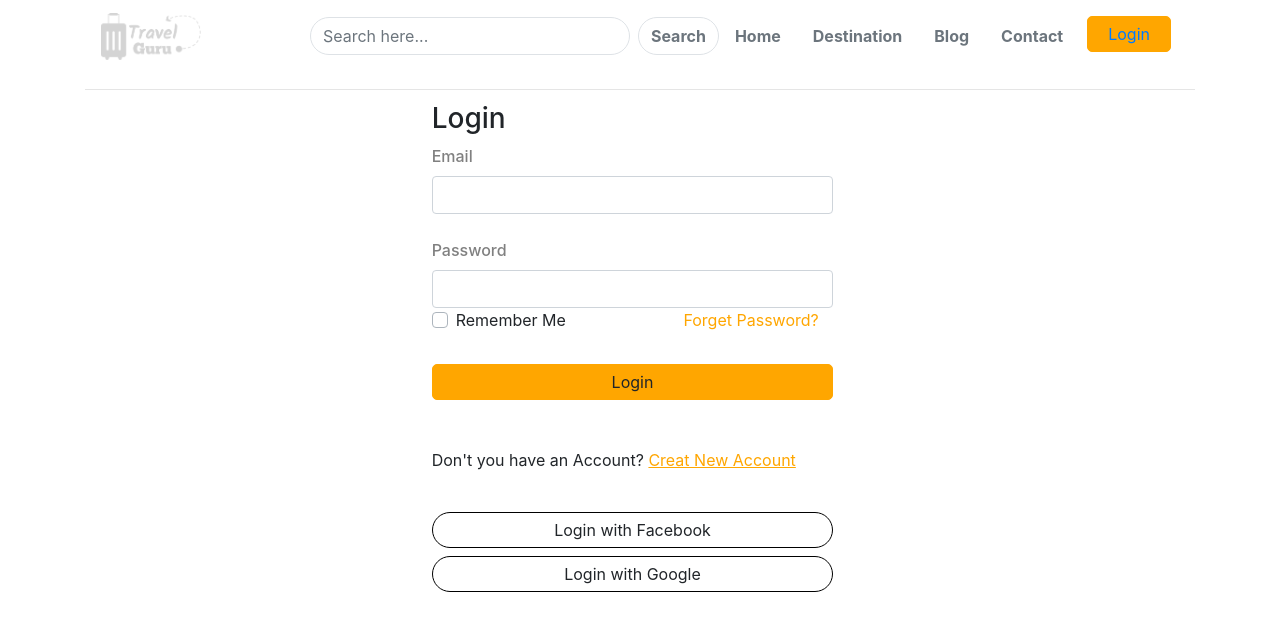
Repository: YunProgrammer/travel-website-project-tho
Page: /login (app in client/)
The author's editor kept a copy of each file at every save. The page is drawn from the files as they stood at one save, then again after the next save.
The browser window is 1280 px wide. The pictures show the whole page.
The project was rebuilt for these pictures with package versions that can differ from the ones it lists, and the page was loaded fresh each time. A package was used in the major version that the imports need, not the one package.json lists. Also part of the build but not shown: client/src/App.css, client/src/Components/HomePage/data.js, client/src/Components/HomePage/HomePage.js, client/src/Components/BookingPage/BookingPage.js, client/src/Components/PrivateRoute/PrivateRoute.js, client/src/Components/SearchPage/searchData.js, client/src/Components/SearchPage/SearchShower.js, client/src/Components/SearchPage/SearchPage.js and 2 more.

Above is the page before, as saved 2020-09-19 22:07:31.

### client/src/index.js
// import React from 'react';
// import ReactDOM from 'react-dom';
// import './index.css';
// import App from './App';
// import * as serviceWorker from './serviceWorker';
// import './index.css';
// import { BrowserRouter } from 'react-router-dom';
// ReactDOM.render(
//   <React.StrictMode>
//     <BrowserRouter>
//     <App />
//     </BrowserRouter>
//   </React.StrictMode>,
//   document.getElementById('root')
// );

// If you want your app to work offline and load faster, you can change
// unregister() to register() below. Note this comes with some pitfalls.
// Learn more about service workers: https://bit.ly/CRA-PWA
// serviceWorker.unregister();
import React from 'react';
import ReactDOM from 'react-dom/client';
import './index.css';
import App from './App';
import { BrowserRouter } from 'react-router-dom';
import { AuthProvider } from './Components/authProvider';
const root = ReactDOM.createRoot(document.getElementById('root'));
root.render(
  <React.StrictMode>
    <BrowserRouter>
    <AuthProvider>
        <App />
    </AuthProvider>
    </BrowserRouter>

  </React.StrictMode>
);

### client/src/index.css
@import url('https://fonts.googleapis.com/css2?family=Open+Sans:wght@400;500;600;700&display=swap');


body {
  margin: 0;
  font-family: -apple-system, BlinkMacSystemFont, 'Segoe UI', 'Roboto', 'Oxygen',
    'Ubuntu', 'Cantarell', 'Fira Sans', 'Droid Sans', 'Helvetica Neue',
    sans-serif;
  -webkit-font-smoothing: antialiased;
  -moz-osx-font-smoothing: grayscale;
}

code {
  font-family: source-code-pro, Menlo, Monaco, Consolas, 'Courier New',
    monospace;
}
@tailwind base;
@tailwind components;
@tailwind utilities;

### client/src/App.js
import React from 'react';
import { createContext, useState } from 'react';
import './App.css';
import {
  BrowserRouter as Router,
  Switch,
  Route
} from "react-router-dom";
import HomePage from './Components/HomePage/HomePage';
import BookingPage from './Components/BookingPage/BookingPage';
import NavBar from './Components/NavBar/NavBar';
import LogInPage from './Components/LogInPage/LogInPage';
import PrivateRoute from './Components/PrivateRoute/PrivateRoute';
import SearchPage from './Components/SearchPage/SearchPage';
import NotFoundPage from './Components/NotFoundPage/NotFoundPage';

export const userStatusContext = createContext();

function App() {
  const[userStatus, setUserStatus] = useState({
    isNewUser: false,
    pageName: "",
  });

  return (
    <userStatusContext.Provider value={[userStatus, setUserStatus]}>
    <Router>
      <NavBar />
      <Switch>
        <Route exact path="/" component={HomePage} />
        <Route exact path="/booking/:category" component={BookingPage} />
        <Route exact path="/login" component={LogInPage} />
        <PrivateRoute exact path="/searches">
          <SearchPage />
        </PrivateRoute>
        <Route exact path="*" component={NotFoundPage}/>
      </Switch>
    </Router>
    </userStatusContext.Provider>
  );
}

export default App;

### client/src/Components/authProvider/index.js
import { createContext, useState } from "react";

const AuthContext = createContext({});

export const AuthProvider = ({ children }) => {
    const [auth, setAuth] = useState({});

    return (
        <AuthContext.Provider value={{ auth, setAuth }}>
            {children}
        </AuthContext.Provider>
    )
}

export default AuthContext;

### client/src/Components/NavBar/NavBar.js
import React, { useContext } from 'react';
import logo from '../../images/Logo.png';
import '../HomePage/HomePage.css';
import { Link } from "react-router-dom";
import * as firebase from "firebase/app";
import { Form, FormControl, Nav, Navbar, Container, Button} from 'react-bootstrap';
import { userStatusContext } from '../../App';

const NavBar = () => {
    const[userStatus, setUserStatus] = useContext(userStatusContext);

    //signOut operation starts from here
    const signOut = () => {
        firebase
        .auth()
        .signOut()
        .then(function() {
            // Sign-out successful.
        })
        .catch(function(error) {
        // An error happened.
        });

        //deleting authorized property
        const updateUserStatus = {...userStatus};
        delete updateUserStatus.authorized;
        setUserStatus(updateUserStatus);
    }
    //signOut operation ends from here.....

    const NavLinksClassVersion = "ml-sm-2 ml-3 mr-sm-2 mr-3 navLinks font-weight-bold text-secondary";

    return (
        <div>
            <Container className="fixed-top">
            <Navbar className="myNavStyle">
            <Navbar.Brand><Link to="/"><img src={logo} alt="" className="logo"/></Link></Navbar.Brand>
            <Navbar.Toggle aria-controls="basic-navbar-nav" />
            <Navbar.Collapse id="basic-navbar-nav">
                <Form inline className="ml-sm-2 ml-md-auto">
                <FormControl variant="outline-secondary" type="text" placeholder="Search here..." className="mr-sm-2 border rounded-pill mySearchStyle"/>
                <Button variant="outline-secondary" className="border rounded-pill font-weight-bold">Search</Button>
                </Form>
                <Nav>
                <Nav.Link> <Link to="/" className={NavLinksClassVersion}>Home</Link> </Nav.Link>
                <Nav.Link href="#" className={NavLinksClassVersion}>Destination</Nav.Link>
                <Nav.Link href="#" className={NavLinksClassVersion}>Blog</Nav.Link>
                <Nav.Link href="#" className={NavLinksClassVersion}>Contact</Nav.Link>
                {
                    userStatus.authorized
                    ?   <button className="ml-sm-2 ml-3 mr-sm-2 mr-3 myBtn" onClick={signOut}>Logout</button>
                    :   <Link to="/login"><button className="ml-sm-2 ml-3 mr-sm-2 mr-3 myBtn">Login</button></Link>
                }
                </Nav>
            </Navbar.Collapse>
            </Navbar>
            <hr/>
            </Container>
        </div>
    );
};

export default NavBar;

### client/src/Components/LogInPage/LogInPage.js
import React, { useContext, useState } from 'react';
import '../HomePage/HomePage.css';
import { Link, useHistory, useLocation } from "react-router-dom";
import { Form, Row, Col, Alert } from 'react-bootstrap';
import * as firebase from "firebase/app";
import "firebase/auth";
import firebaseConfig from '../../firebase.config';
import { userStatusContext } from '../../App';


//styling portion is here
const LogInPageStyle = {
    LogInPageStyle:{
        paddingTop: '8%',
        paddingBottom: '2%',
    },
    inputText:{
        color: 'grey',
        fontWeight: '500',
    },
    optionalBtn:{
        width: '100%',
        border:'1px solid black',
        borderRadius: '25px',
        padding: '5px 0px',
    },
    link:{
        color: 'rgb(255, 166, 0)',
        cursor: 'pointer',
        textDecoration: 'underline',
    }

}
//Styling portion ends here


//firebase initialization
firebase.initializeApp(firebaseConfig);


const LogInPage = () => {

    const[userStatus, setUserStatus] = useContext(userStatusContext); //Calling Context api
    console.log(userStatus);
    const[authCondition, setAuthCondition] = useState({});

    //things for private routing
    const history = useHistory();
    const location = useLocation();
    const { from } = location.state || { from: { pathname: "/" } };
    //things for private routing ends here.....
    // & the rest thing is below.....

    const updatingAuthCondition = (boolean, message) =>{
        const authStatus = {
            authSuccess: boolean,
            authMessage: message,
        }
        setAuthCondition(authStatus);
    }

    //showing alert if password didn't match while creating a new account
    const [show, setShow] = useState(false);
    const myAlert =
        <Alert variant="danger" onClose={() => setShow(false)} dismissible>
        <Alert.Heading>Your Password didn't match</Alert.Heading>
        <p>Make sure that you type the same password in the 'confirmPassword' box which you gave in the 'password' box. </p>
    </Alert>;
    //showing alert ends here.....

    //Google LogIn starts here
    const loginWithGoogle = () =>{
        const provider = new firebase.auth.GoogleAuthProvider(); //declaring Google Provider
        const updateUserStatus = {...userStatus};
        firebase
        .auth()
        .signInWithPopup(provider)
        .then(function(result) {
            var user = result.user;
            //updating userStatus
            updateUserStatus.email= user.email;
            updateUserStatus.authorized= user.email;
            updatingAuthCondition(true, "You've signed in successfully");
            history.replace(from);
          })
        .catch(function(error) {
            var errorMessage = error.message;
            updatingAuthCondition(false, errorMessage);
        });
        setUserStatus(updateUserStatus);
    }
    //Google LogIn ends here.....


    //Facebook LogIn starts here
    const loginWithFacebook = () =>{
        const fbProvider = new firebase.auth.FacebookAuthProvider(); //declaring Facebook Provider
        const updateUserStatus = {...userStatus};
        firebase
        .auth()
        .signInWithPopup(fbProvider)
        .then(function(result) {
            const user = result.user;
            //updating userStatus
            updateUserStatus.email= user.email;
            updateUserStatus.authorized= user.displayName;
            updatingAuthCondition(true, "You've signed in successfully");
            history.replace(from);
        })
        .catch(function(error) {
            const errorMessage = error.message;
            updatingAuthCondition(false, errorMessage);
        });
        setUserStatus(updateUserStatus);
    }
    //Facebook LogIn ends here.....


    //"Declaring SignUp or SignIn option" starts here
    const signInOrSignUpDeclaration = (operationName) => {
        const updateUserStatus = {...userStatus};
        if (operationName === 'signIn') {
            updateUserStatus.isNewUser= false;
        }
        else if (operationName === 'signUp') {
            updateUserStatus.isNewUser= true;
        }
        setUserStatus(updateUserStatus);
    }
    //"Declaring SignUp or SignIn option" ends here.....


    //taking Inputs from inputFields and updating contextApi
    const takingFieldDataAndUpdatingContextAPI = e =>{
        const name = e.target.name;
        const value = e.target.value;
        let isInputFieldValid = true;

        //password and email validation
        if(name === 'email'){
            isInputFieldValid = /\S+@\S+\.\S+/.test(value);
            if (isInputFieldValid === true) {
                updatingAuthCondition(true, "  ");
            }else{
                updatingAuthCondition(false, "Invalid email");
            }
        }
        if(name === 'password'){
            isInputFieldValid = /^(?=.*\d)(?=.*[a-z])(?=.*[A-Z])[0-9a-zA-Z]{6,}$/.test(value);
            //checking at least 6 characters(one number, one uppercase & one lowercase)
            console.log(isInputFieldValid);
            if (isInputFieldValid === true) {
                updatingAuthCondition(true, "  ");
            }else{
                updatingAuthCondition(false, "Invalid password");
            }
        }
        if(name === 'confirmPassword'){
            if (userStatus.confirmPassword === userStatus.password) {
                setShow(false);
            }else{
                setShow(true);
            }
        }
        if (isInputFieldValid) {
            const userInfo = {...userStatus};
            userInfo[name] = value;
            setUserStatus(userInfo);
        }
    }
    //taking Inputs from inputFields and updating contextApi ends here.....


    //Sign in or Sign up Option starts from here
    const signUpOrSignInOperation = e => {

        // SigningIn of an already existing user
        if (userStatus.isNewUser === false ) {
            firebase
            .auth()
            .signInWithEmailAndPassword(userStatus.email, userStatus.password)
            .then( res =>{
                updatingAuthCondition(true, "You've signed in successfully");
                const updateUserStatus = {...userStatus};
                updateUserStatus.authorized= res.user.email;
                setUserStatus(updateUserStatus);
                history.replace(from);
            })
            .catch(function(error) {
                const errorMessage = error.message;
                updatingAuthCondition(false, errorMessage)
            });
        }

        //Creating a new User Account
        if (userStatus.isNewUser === true) {

            updatingAuthCondition(false, '');

            if (userStatus.confirmPassword === userStatus.password) {
                setShow(false);
                firebase
                .auth()
                .createUserWithEmailAndPassword(userStatus.email, userStatus.password)
                .then(res => {
                    const updateUserStatus = {...userStatus};
                    updateUserStatus.isNewUser= false;
                    updateUserStatus.authorized= res.user.email;
                    // console.log("account created");
                    setUserStatus(updateUserStatus);
                    history.replace(from);
                })
                .catch(function(error) {
                    const errorMessage = error.message;
                    console.log(errorMessage);
                });
            }
            else{ setShow(true) }
        }

        e.preventDefault();
    }
    //Sign in or Sign up Option ends from here



    return (

        <div style={LogInPageStyle.LogInPageStyle}>
            <Row style={{marginRight:"0px"}}>
            <Col md={4}></Col>

            <Col sm={12} md={4}>

                { show && myAlert }
                {authCondition.authSuccess ===true && <p style={{color: 'green'}}>{authCondition.authMessage}</p> }
                {authCondition.authSuccess ===false && <p style={{color: 'red'}}>{authCondition.authMessage}</p> }

                {   /**Showing Conditionally 'Title'*/
                    userStatus.isNewUser
                    ?<h3>Creat New Account</h3>
                    :<h3>Login</h3>
                    /**Showing Conditionally ends here*/
                }

                <Form>
                <Form.Group >

                    {   /**Showing Conditionally 'Name Fields'*/
                        userStatus.isNewUser && <div>
                            <Form.Label style={LogInPageStyle.inputText}>First Name</Form.Label>
                            <Form.Control type="text" name="fName" onBlur={takingFieldDataAndUpdatingContextAPI} />
                            <br/>
                            <Form.Label style={LogInPageStyle.inputText}>Last Name</Form.Label>
                            <Form.Control type="text" name="lName" onBlur={takingFieldDataAndUpdatingContextAPI} />
                            <br/>
                        </div>
                        /**Showing Conditionally ends here*/
                    }
                    <Form.Label style={LogInPageStyle.inputText}>Email{userStatus.isNewUser && <span style={{color:'red'}}>*</span>}</Form.Label>
                    <Form.Control type="email" name="email" onBlur={takingFieldDataAndUpdatingContextAPI} required />
                    <br/>

                    <Form.Label style={LogInPageStyle.inputText}>Password{userStatus.isNewUser && <span style={{color:'red'}}>*</span>}</Form.Label>
                    <Form.Control type="password" name="password" onBlur={takingFieldDataAndUpdatingContextAPI} required />

                    {userStatus.isNewUser && <p><small>Password must have 6 characters<i>(1 number, 1 uppercase and 1 lowercase)</i></small></p> }

                    {   /**Showing Conditionally 'confirm password' filed*/
                        userStatus.isNewUser && <div>
                            <Form.Label style={LogInPageStyle.inputText}>Confirm Password<span style={{color:'red'}}>*</span></Form.Label>
                            <Form.Control type="password" name="confirmPassword" onBlur={takingFieldDataAndUpdatingContextAPI} required />
                        </div>
                        /**Showing Conditionally ends here*/
                    }
                    <Row>
                        <Col sm={7}>
                            <Form.Check
                            type="checkbox"
                            id="customControlAutosizing"
                            label="Remember Me"
                            custom
                            />
                        </Col>
                        <Col sm={5}>
                            <Link style={{color: 'rgb(255, 166, 0)'}}><p>Forget Password?</p></Link>
                        </Col>
                    </Row>
                </Form.Group>
                    <button className="myBtn" style={{width: '100%'}} onClick={signUpOrSignInOperation}>
                        {   /**Showing Conditionally 'Button Name'*/
                            userStatus.isNewUser
                            ?'Creat New account'
                            :'Login'
                            /**Showing Conditionally ends here*/
                        }
                    </button>
                </Form>
                    <br/>
                    <br/>
                {
                    userStatus.isNewUser
                    ?<p>Already have an Account? <span style={LogInPageStyle.link} onClick={()=>signInOrSignUpDeclaration('signIn')}>Login</span></p>
                    :<p>Don't you have an Account? <span style={LogInPageStyle.link} onClick={()=>signInOrSignUpDeclaration('signUp')}>Creat New Account</span></p>
                }

                <br/>

                <button style={LogInPageStyle.optionalBtn} onClick={loginWithFacebook} className="mb-2">
                    Login with Facebook
                </button>
                <br/>

                <button style={LogInPageStyle.optionalBtn} onClick={loginWithGoogle}>
                    Login with Google
                </button>

            </Col>
            <Col md={4}></Col>
            </Row>
        </div>
    );
};

export default LogInPage;

### client/src/Components/HomePage/HomePage.css
@import url('https://fonts.googleapis.com/css2?family=Montserrat:ital,wght@0,500;0,700;1,300;1,600&display=swap');
.homePage{
    background: url(../../images/Image/Rectangle\ 1.png);
    box-shadow: inset 0 0 0 1000px rgba(0, 0, 0, 0.644);
    padding-top: 5%;
    padding-bottom: 5.5%;
    background-size: 100%;
    height: 100vh;
}
.homeMainPortion h1, .homeMainPortion p{
    color: white;
    font-family: 'Montserrat', sans-serif;
}
.SelectedPlace{
    padding-left: 30px;
    padding-top: 20px;
}
.SelectedPlace h1{
    text-transform: uppercase;
    font-size: 50px;
    font-weight: 800;
}
.headerImg{
    display: flex;
    justify-content: space-between;
}
.selectedItem{
    border: 4px solid orange;
}
.headerImg  img{
    width: 90%;
    background: linear-gradient(0.12deg, #000000 0.1%, rgba(0, 0, 0, 0) 69.96%);
    border-radius: 20px;
}
.headerImg  img:hover{
    box-sizing: border-box;
    border: 4px solid orange;
    overflow: hidden;
}
.logo{
    width: 100px;
    color: white;
    margin: 0px;
    filter: invert(100%);
}

.mySearchStyle{
    background-color: rgba(255, 255, 255, 0.239) !important;
    width: 20rem !important;
}

.myBtn{
    background-color: rgb(255, 166, 0);
    border: 1px solid rgb(255, 166, 0);
    border-radius: 5px;
    padding: 5px 20px;
    transition: all 600ms;
}
.myBtn:hover{
    background-color:rgb(255, 115, 0);
}
.homeMainPortion{
    padding: 50px 0px;
    padding-top: 5rem;
    margin: 0px;
}
.toggleBtn{
    font-size: 30px;
    width: 55px;
    height: 55px;
    border: 1px solid white;
    border-radius: 50%;
}
.toggleBtn:hover{
    background-color: orange;
}
.toggleBtn:nth-child(2){
    margin-left: 20px;
}
.controls{
    position: absolute;
    left: 50%;
    transform: translateX(-50%);
}

### client/src/firebase.config.js
const firebaseConfig = {
    apiKey: "AIzaSyA6GPOLMEMaNXbgFD-BDFOklLORKaBoGVE",
    authDomain: "travel-guru-aa.firebaseapp.com",
    databaseURL: "https://travel-guru-aa.firebaseio.com",
    projectId: "travel-guru-aa",
    storageBucket: "travel-guru-aa.appspot.com",
    messagingSenderId: "246451434793",
    appId: "1:246451434793:web:869d4ef5ee22dc2ddb7338"
  };
export default firebaseConfig;

Loaded but not shown: client/public/index.html (common file); client/tailwind.config.js (common file)

After the next save:
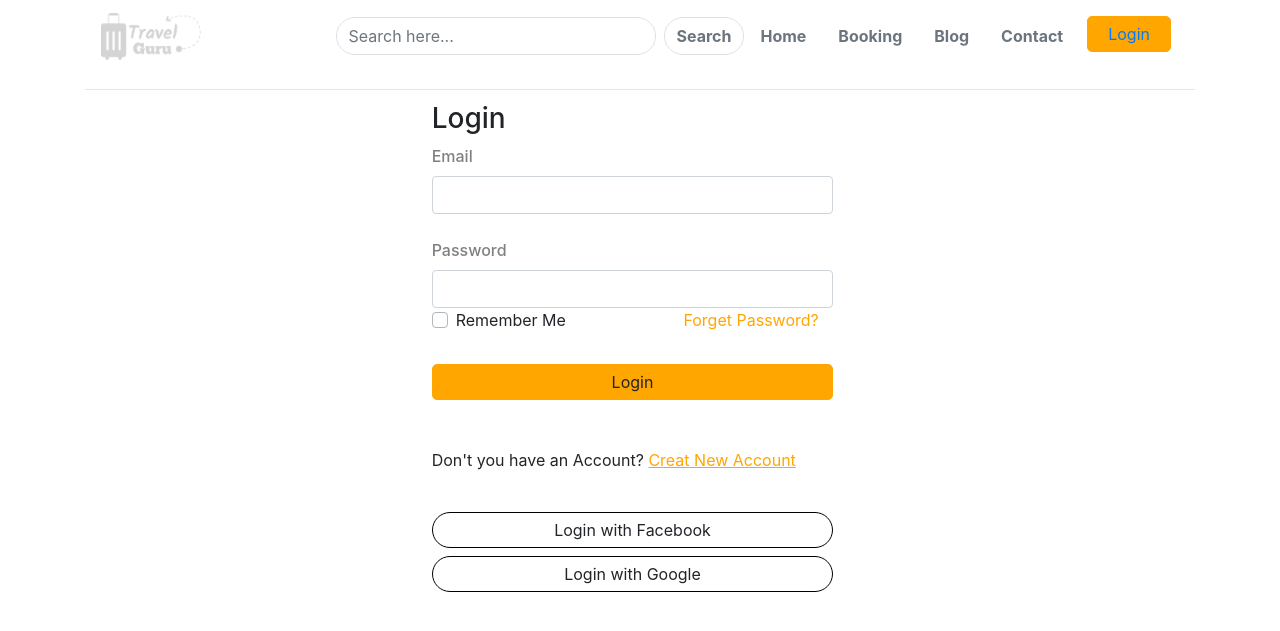
Saved 98 s later.
--- a/client/src/Components/NavBar/NavBar.js
+++ b/client/src/Components/NavBar/NavBar.js
@@ -42,8 +42,8 @@ const NavBar = () => {
                 <Button variant="outline-secondary" className="border rounded-pill font-weight-bold">Search</Button>
                 </Form>
                 <Nav>
-                <Nav.Link> <Link to="/" className={NavLinksClassVersion}>Home</Link> </Nav.Link>
-                <Nav.Link href="#" className={NavLinksClassVersion}>Destination</Nav.Link>
+                <Nav.Link><Link to="/" className={NavLinksClassVersion}>Home</Link></Nav.Link>
+                <Nav.Link><Link to="/booking/0" className={NavLinksClassVersion}>Booking</Link></Nav.Link>
                 <Nav.Link href="#" className={NavLinksClassVersion}>Blog</Nav.Link>
                 <Nav.Link href="#" className={NavLinksClassVersion}>Contact</Nav.Link>
                 {
